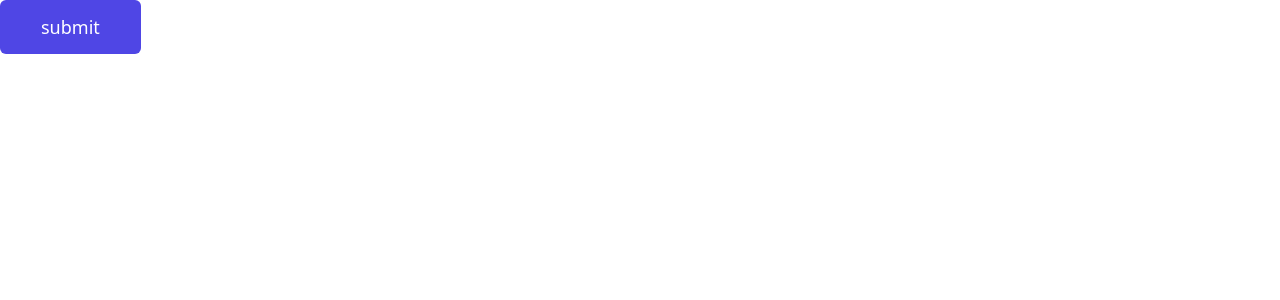
Repository: khorramMina/webpack-shop
Page: /
These files come from the project's save history. The page is drawn as it stood at one moment and after the next save; the edit follows.
The browser window is 1280 px wide. The pictures show the whole page.
The project was rebuilt for these pictures with package versions that can differ from the ones it lists, and the page was loaded fresh each time. Also part of the build but not shown: webpack.config.js.

Above is the page before, as saved 2022-10-19 01:10:44.

### public/index.html
<!DOCTYPE html>
<html lang="en">
<head>
    <meta charset="UTF-8">
    <meta http-equiv="X-UA-Compatible" content="IE=edge">
    <meta name="viewport" content="width=device-width, initial-scale=1.0">
    <meta name="description" content="webpack ...">
    <title>Learn webpack</title>
</head>
<body>
   <div id="root"></div>
</body>
</html>

### src/index.js
import './styles/index.css';
const rootElement = document.getElementById('root');
const button = document.createElement('button');
button.innerHTML="submit";
button.className = "rounded-md border border-transparent bg-indigo-600 px-8 py-3 font-medium text-white hover:bg-indigo-700 md:px-10 md:text-lg"
rootElement.appendChild(button);

Loaded but not shown: src/styles/index.css (common file); tailwind.config.js (common file)

After the next save:
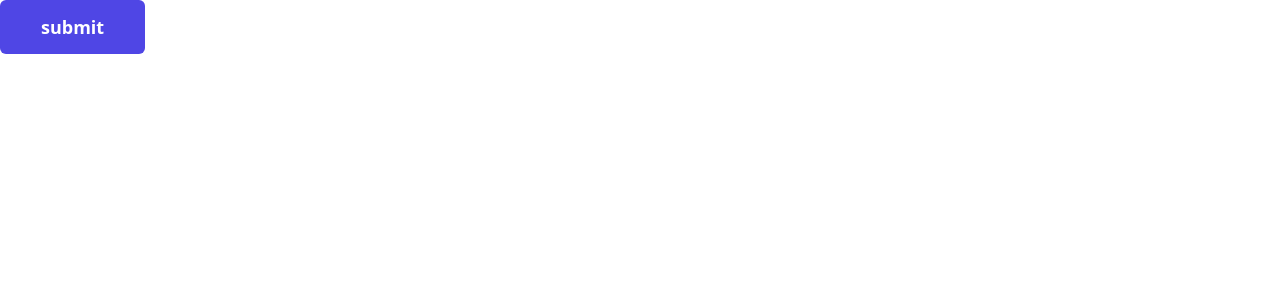
Saved 27 s later.
--- a/src/index.js
+++ b/src/index.js
@@ -2,5 +2,5 @@ import './styles/index.css';
 const rootElement = document.getElementById('root');
 const button = document.createElement('button');
 button.innerHTML="submit";
-button.className = "rounded-md border border-transparent bg-indigo-600 px-8 py-3 font-medium text-white hover:bg-indigo-700 md:px-10 md:text-lg"
+button.className = "rounded-md border border-transparent bg-indigo-600 px-8 py-3 font-bold text-white hover:bg-indigo-700 md:px-10 md:text-lg"
 rootElement.appendChild(button);
